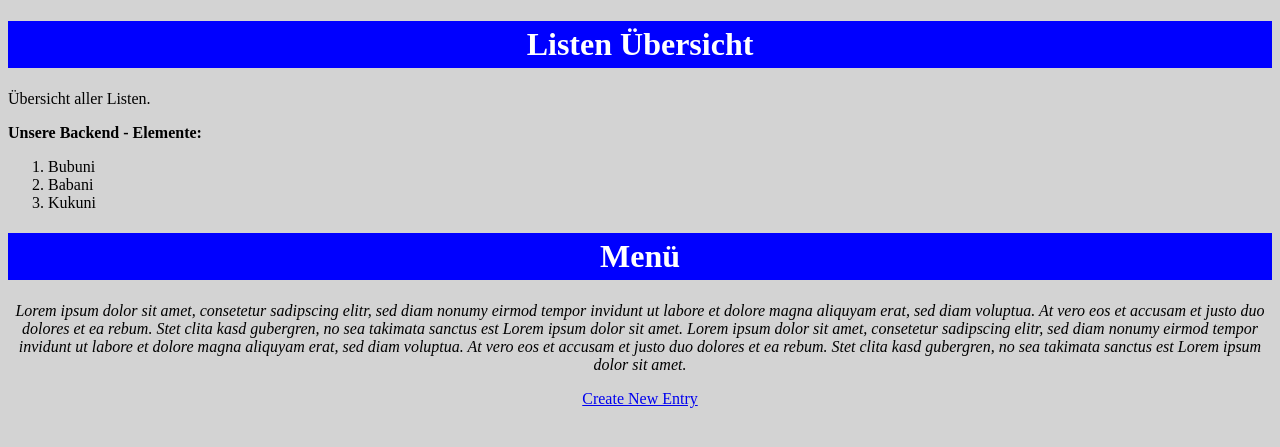
Repository: leloq/project.github.io
Page: start.html
The author's editor kept a record of every edit. The page is drawn from the files as they stood at one moment, then again after the next edit.
The browser window is 1280 px wide. The pictures show the whole page.

Above is the page before.

After the next edit:
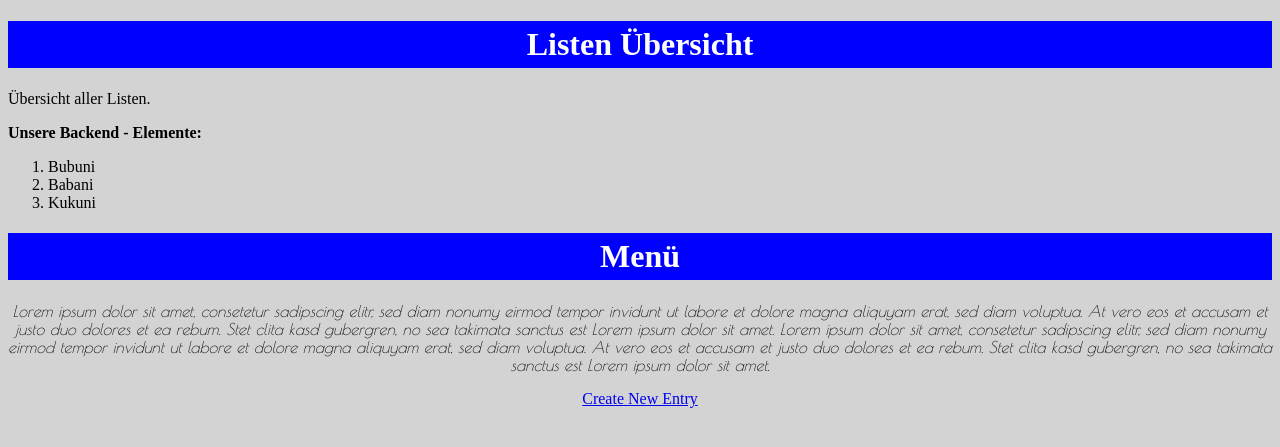
The edit:
--- a/start.html
+++ b/start.html
@@ -4,6 +4,8 @@
 <meta charset="utf-8" />
 <title>Database Backend</title>
 <link rel="stylesheet" type="text/css" href="style.css">
+<link href="https://fonts.googleapis.com/css?family=Poiret+One&display=swap" rel="stylesheet">
+
 </head>
 <body>
 
